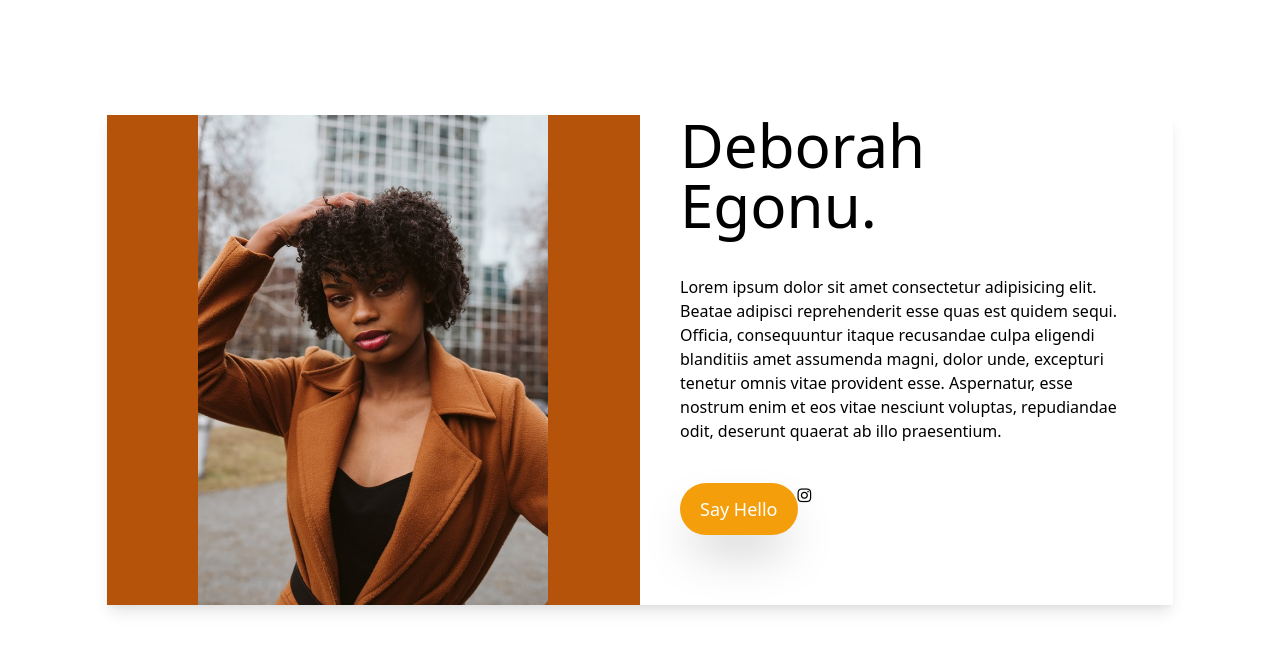
Repository: latenightsnacc/giggles
Page: HTML/user.html
The author's editor kept a copy of each file at every save. The page is drawn from the files as they stood at one save, then again after the next save.
The browser window is 1280 px wide. The pictures show the whole page.
Some web libraries are served in a nearby version.

Above is the page before, as saved 2021-01-01 16:27:59.

### HTML/user.html
<!DOCTYPE html>
<html lang="en">
<head>
    <meta charset="UTF-8">
    <meta name="viewport" content="width=device-width, initial-scale=1.0">
    <link href="https://cdnjs.cloudflare.com/ajax/libs/tailwindcss/2.0.2/tailwind.min.css" rel="stylesheet">
    <link rel="stylesheet" href="https://stackpath.bootstrapcdn.com/font-awesome/4.7.0/css/font-awesome.min.css" />

    <title>User Page</title>
</head>
<body>
    <div class="wrapper flex justify-center items-center w-100 bg-grey-300 h-screen">
        <div class="w-5/6 flex shadow-lg h-auto bg-grey-300 border-blue-50">
            <div class="w-1/2 bg-yellow-700 h-full flex justify-center">
                <img src="assets/userDp.jpg" width="350px" />
            </div>

            <div class="w-1/2 bg-grey-50 h-full px-10">
                <h1 class="text-6xl bold">Deborah </br> Egonu.</h1>
                <p class="my-10">Lorem ipsum dolor sit amet consectetur adipisicing elit. Beatae adipisci reprehenderit esse quas est quidem sequi. Officia, consequuntur itaque recusandae culpa eligendi blanditiis amet assumenda magni, dolor unde, excepturi tenetur omnis vitae provident esse. Aspernatur, esse nostrum enim et eos vitae nesciunt voluptas, repudiandae odit, deserunt quaerat ab illo praesentium.</p>
                <div class="w-100 flex space-around">
                    <button class="bg-yellow-500 py-3 px-5 text-white semi-bold text-lg shadow-2xl rounded-full hover:bg-yellow-700">Say Hello</button>
                    <a href="#">
                        <i class="fa fa-instagram text-7xl"></i>
                    </a>
                </div>
            </div>

        </div>
    </div>
</body>
</html>

After the next save:
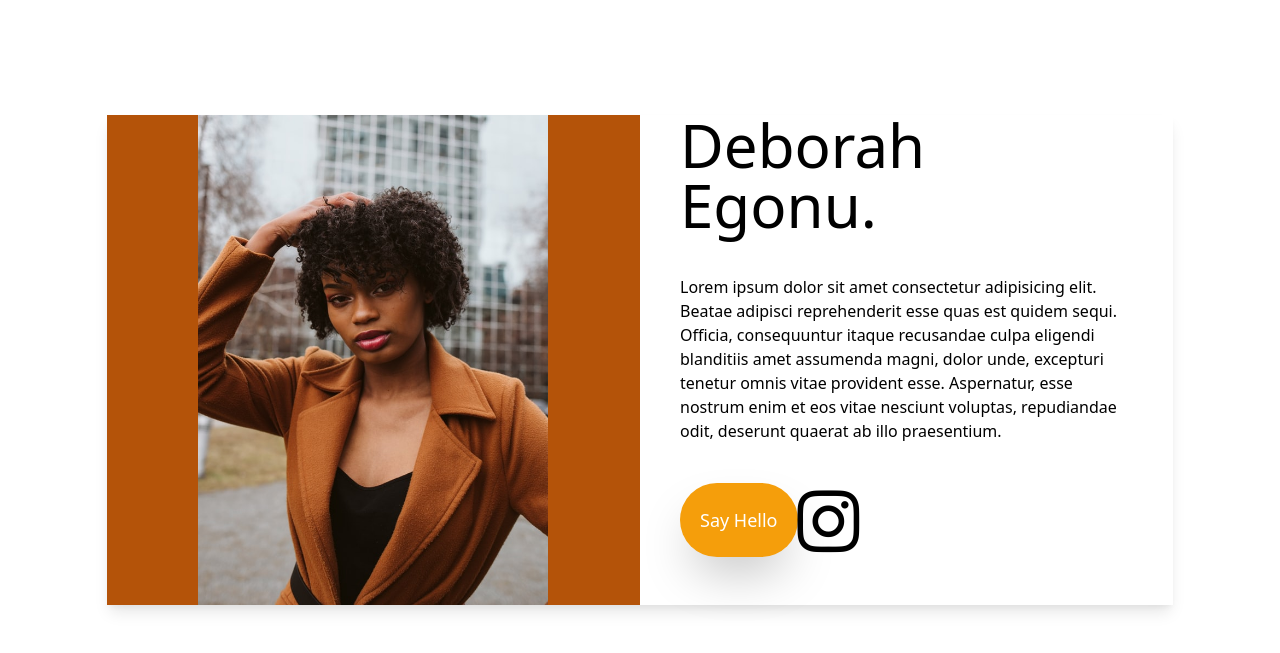
Saved 31 s later.
--- a/HTML/user.html
+++ b/HTML/user.html
@@ -20,8 +20,8 @@
                 <p class="my-10">Lorem ipsum dolor sit amet consectetur adipisicing elit. Beatae adipisci reprehenderit esse quas est quidem sequi. Officia, consequuntur itaque recusandae culpa eligendi blanditiis amet assumenda magni, dolor unde, excepturi tenetur omnis vitae provident esse. Aspernatur, esse nostrum enim et eos vitae nesciunt voluptas, repudiandae odit, deserunt quaerat ab illo praesentium.</p>
                 <div class="w-100 flex space-around">
                     <button class="bg-yellow-500 py-3 px-5 text-white semi-bold text-lg shadow-2xl rounded-full hover:bg-yellow-700">Say Hello</button>
-                    <a href="#">
-                        <i class="fa fa-instagram text-7xl"></i>
+                    <a href="#" class="text-7xl">
+                        <i class="fa fa-instagram "></i>
                     </a>
                 </div>
             </div>

After the save that followed:
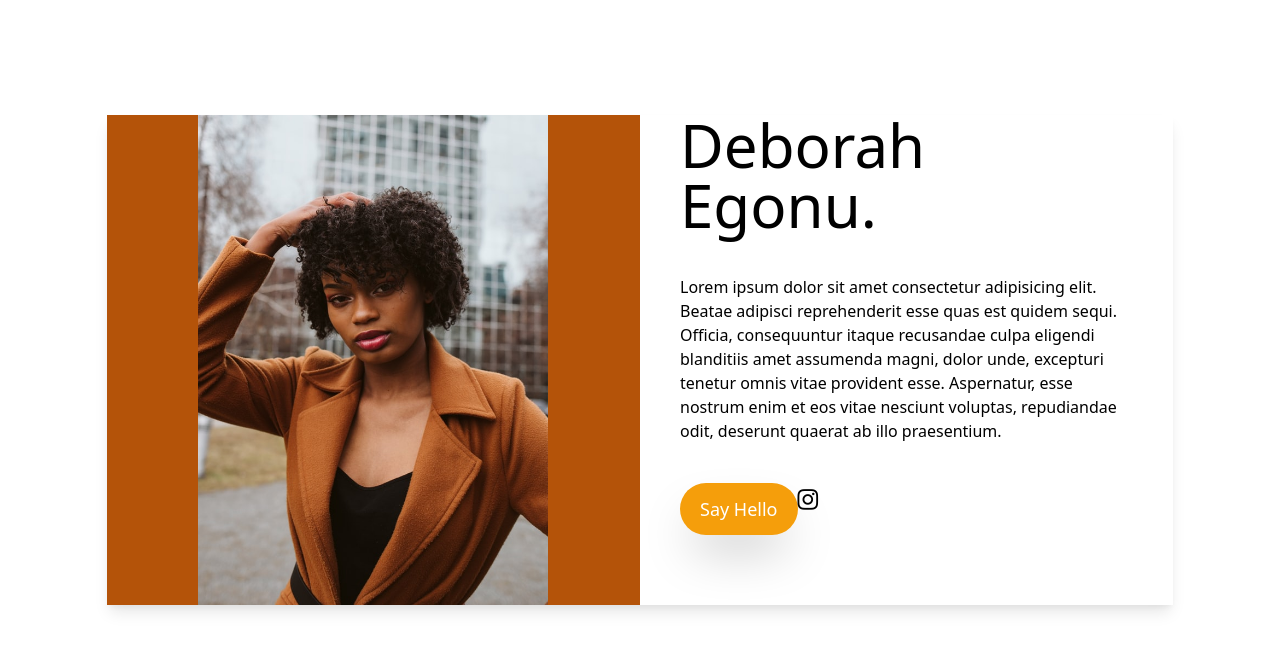
Saved 9 s later.
--- a/HTML/user.html
+++ b/HTML/user.html
@@ -20,7 +20,7 @@
                 <p class="my-10">Lorem ipsum dolor sit amet consectetur adipisicing elit. Beatae adipisci reprehenderit esse quas est quidem sequi. Officia, consequuntur itaque recusandae culpa eligendi blanditiis amet assumenda magni, dolor unde, excepturi tenetur omnis vitae provident esse. Aspernatur, esse nostrum enim et eos vitae nesciunt voluptas, repudiandae odit, deserunt quaerat ab illo praesentium.</p>
                 <div class="w-100 flex space-around">
                     <button class="bg-yellow-500 py-3 px-5 text-white semi-bold text-lg shadow-2xl rounded-full hover:bg-yellow-700">Say Hello</button>
-                    <a href="#" class="text-7xl">
+                    <a href="#" class="text-2xl">
                         <i class="fa fa-instagram "></i>
                     </a>
                 </div>
